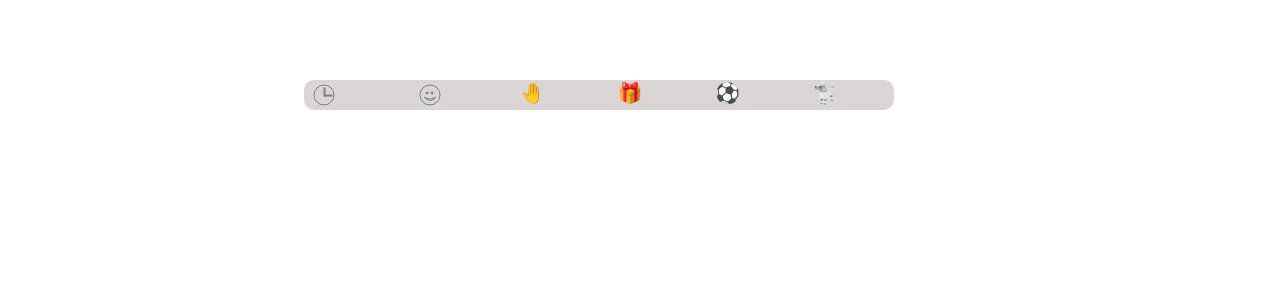
Repository: Gaj123-coder/emoji-search-app
Page: /
These files come from the project's save history. The page is drawn as it stood at one moment and after the next save; the edit follows.
The browser window is 1280 px wide. The pictures show the whole page.
The project was rebuilt for these pictures with package versions that can differ from the ones it lists, and the page was loaded fresh each time.

Above is the page before, as saved 2021-10-30 22:09:15.

### public/index.html
<!DOCTYPE html>
<html>
    <head>
        <title>Emoji Search</title>
        <meta charset="UTF-8">
        <meta name="author" content="Gajanan C Hegde">
        <meta name="description" content="A simple emoji search app using React JS">
        <meta name="view-port" content="width=device-width,initial-scale=1">
        <meta property="og:title" content="emoji">
        <meta property="og:description" content="An emoji searh app">
        <meta property="og:url" content="http://www.emojis..com">
        <meta property="og:image" content="https://seeklogo.com/images/S/smile-with-glasses-emoji-logo-0C5A7F9874-seeklogo.com.png">
        <meta property="twitter:title" content="Emoji Search">
        <meta property="twitter:image" content="https://seeklogo.com/images/S/smile-with-glasses-emoji-logo-0C5A7F9874-seeklogo.com.png">
        <meta property="twitter:description" content="A simple recat js emloji search app">
        <meta property="twitter:card" content="summary_large_page">
        <meta property="facebook:title" content="Emoji Search">
        <meta property="facebook:image" content="https://seeklogo.com/images/S/smile-with-glasses-emoji-logo-0C5A7F9874-seeklogo.com.png">
        <meta property="facebooks:description" content="A simple react app for emoji search">
        <meta proprty="facebook:url" content="https://www.emojis.com">
        <link rel="canonical" href="index.html"/>
    </head>
    <body>
        <div id="root"></div>
    </body>
</html>

### src/App.js
import './App.css';
import {sad1,worry1,angry1,happy1,smiley1,peace1,love1,joy1,laugh1,gift1,smile1,hands1,sports1,supper1,evil1,shy1,tasty1,confuse1,sleepy1} from "./Components/emotions";
function App() {
  return (
    <div className="dec">
      <div className="dec-child">
        <svg>
          <circle cx="20" cy="15" r="10px" stroke="grey" strokeWidth="1px" fill="rgb(218, 214, 214)"/>
          <rect x="20" y="8" width="1px" height="8px" stroke="grey" strokeWidth="1px" fill="rgb(218, 214, 214)"/>
          <rect x="20" y="15" width="8px" height="1px" stroke="grey" strokeWidth="1px" fill="rgb(218, 214, 214)"/>
        </svg>
      </div>
      <div className="dec-child">
        <svg>
          <circle cx="26" cy="15" r="10px" stroke="grey" strokeWidth="1px" fill="none"/>
          <path d="M20 17 Q26 21 32 17" stroke="grey" strokeWidth="1px" fill="none"/>
          <path d="M20 17 Q26 24 32 17" stroke="grey" strokeWidth="1px" fill="none"/>
          <circle cx="23" cy="13" r="1" stroke="grey" strokeWidth="1px" fill="grey"/>
          <circle cx="28" cy="13" r="1" stroke="grey" strokeWidth="1px" fill="grey"/>
        </svg>
      </div>
      <div className="dec-child">
        <p style={{fontSize:"20px"}}>&#129306;</p>
      </div>
      <div className="dec-child">
        <p style={{fontSize:"20px"}}>&#127873;</p>
      </div>
      <div className="dec-child">
        <p style={{fontSize:"20px"}}>&#9917;</p>
      </div>
      <div className="dec-child">
        <p style={{fontSize:"20px"}}>&#128041;</p>
      </div>
    </div>
  );
}

export default App;

### src/App.css
.dec{
  background-color: rgb(218, 214, 214);
  width:590px;
  height:30px;
  position: relative;
  left:19rem;
  border-radius:10px;
  top:5rem;
  display:flex;
  flex-direction:row;
  flex-wrap:nowrap;
}

.dec-child>svg{
  width:inherit;
  height:inherit;
}

.dec-child{
  height:30px;
  width:100px;
}

.dec-child>p{
  position: relative;
  bottom:1.2rem;
  left:1rem;
}

### src/Components/emotions.js
const sad=["128524","128528",'128530',"128532","128542","128546","128549","128557"]
const worry=["128524","128529","128531","128532","128533","128543","128552","128553"]
const angry=["128520","128544","128545","128548","12855"]
const happy=["128512","128513","128514","128518","128522"]
const love=["128525","128535","128536","128537","128538"]
const joy=["128513","128517","128519","128521","128539","128540","128541"]
const laugh=["128513","128514","128518"]
const smile=["128512","128516"]
const gift=["127873","127891","127894","127874","127879","129395","127882","127876"]
const sports=["127939","127943","127947","","","","","","",""]
const hands=["128075","128588","129309","65039","128591","128077","129305","129304","128076","129306"]
const supper=["128526","128527"]
const peace=["128512","128515","128516","128519"]
const evil=["128520"]
const shy=["128522"]
const tasty=["128523"]
const confuse=["128534","128533","128550"]
const sleepy=["128554"]
const animals=["128053","128018","129421","128054","128021","128041","129418","129409","128047"]
const smiley=["128512","128513","128514","128515","128516","128517","128518","128519","128520","128521","128522","128523","128524","128525",
"128526","128527","128528","128529","128530","128531","128532","128533","128534","128535","128536","128537","128538","128539","128540"]

export const smiley1=smiley;
export const peace1=peace;
export const sad1=sad;
export const happy1=happy;
export const worry1=worry;
export const angry1=angry;
export const love1=love;
export const joy1=joy;
export const laugh1=laugh;
export const gift1=gift;
export const smile1=smile;
export const sports1=sports;
export const hands1=hands;
export const supper1=supper;
export const evil1=evil;
export const shy1=shy;
export const tasty1=tasty;
export const confuse1=confuse;
export const sleepy1=sleepy;

Loaded but not shown: src/index.js (common file); src/index.css (common file)

After the next save:
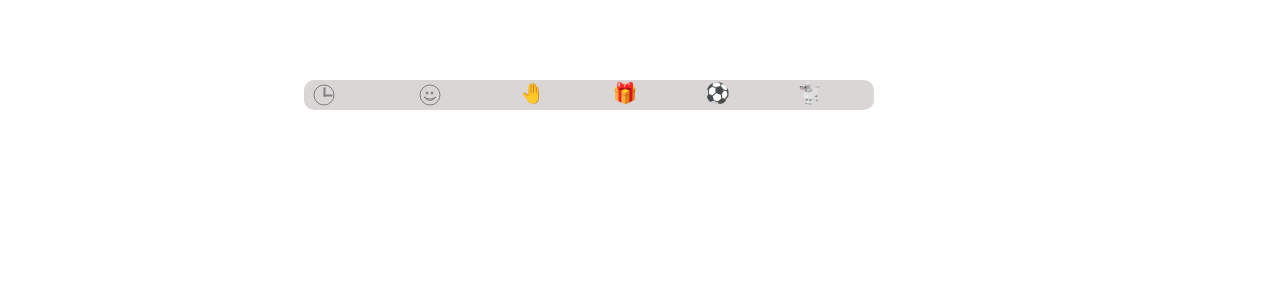
Saved 6 s later.
--- a/src/App.css
+++ b/src/App.css
@@ -1,6 +1,6 @@
 .dec{
   background-color: rgb(218, 214, 214);
-  width:590px;
+  width:570px;
   height:30px;
   position: relative;
   left:19rem;
